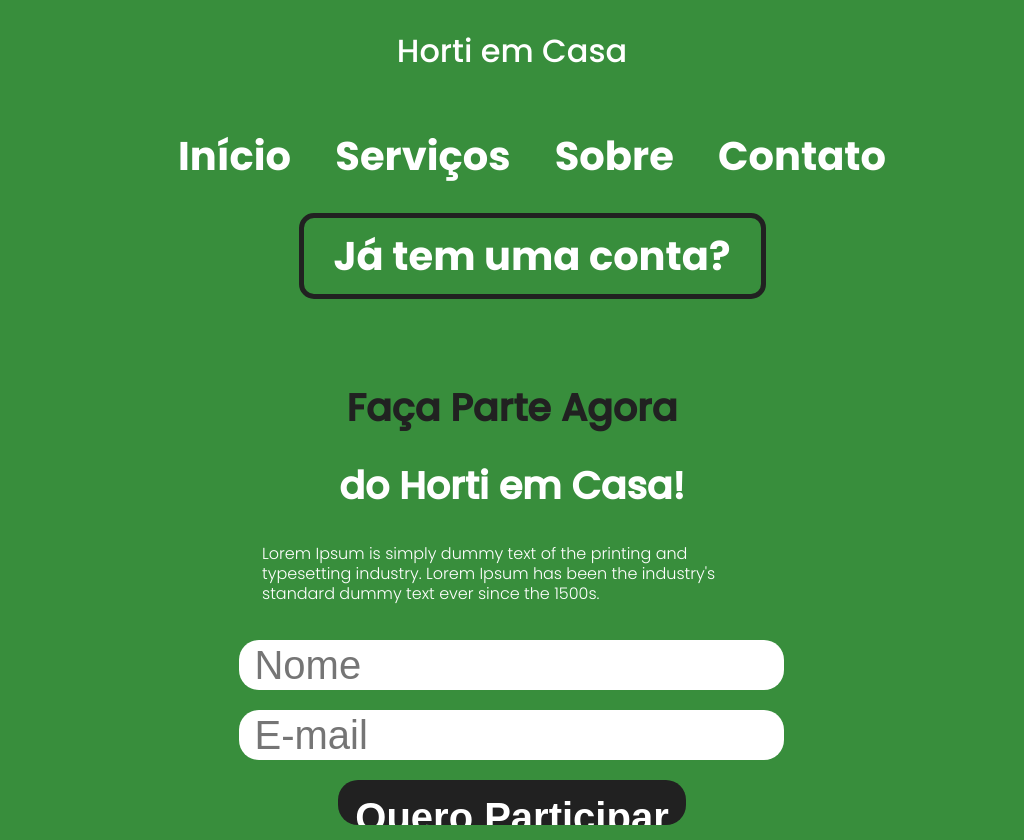
Repository: gabrielcastroo/horti-em-casa
Page: index.html
These files come from the project's save history. The page is drawn as it stood at one moment and after the next save; the edit follows.
The browser window is 1024 px wide. The pictures show the whole page.

Above is the page before, as saved 2022-04-26 12:22:13.

After the next save:
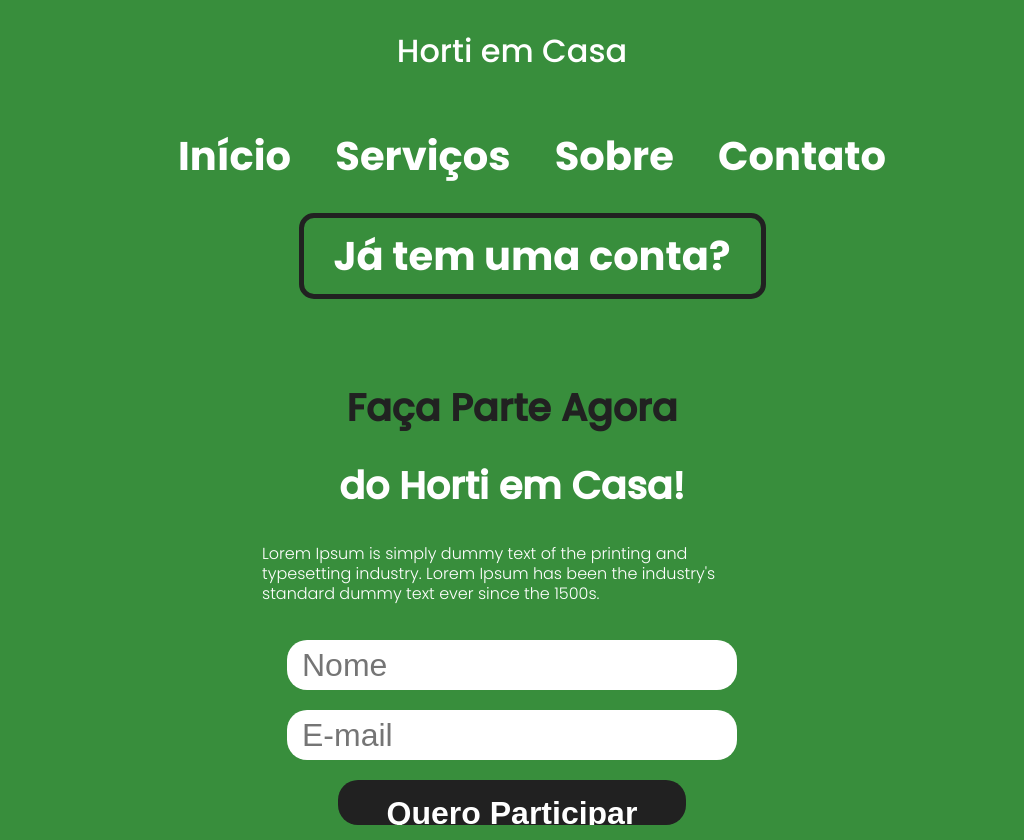
Saved 19 s later.
--- a/styles/media.css
+++ b/styles/media.css
@@ -23,7 +23,7 @@
 
     input{
         align-self: center;
-        font-size: 2.5em;
+        font-size: 2em;
     }
 
     img{
